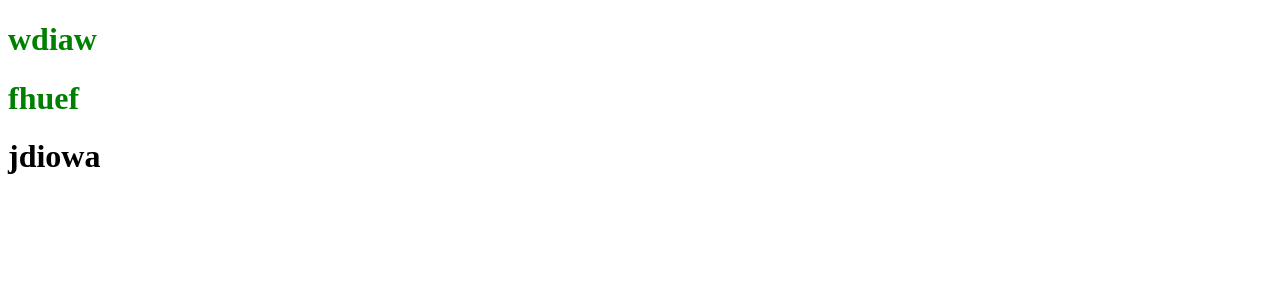
Repository: Blissqiu/Web
Page: 练习/index.html
The author's editor kept a copy of each file at every save. The page is drawn from the files as they stood at one save, then again after the next save.
The browser window is 1280 px wide. The pictures show the whole page.

Above is the page before, as saved 2023-08-22 10:57:40.

### 练习/index.html
<!DOCTYPE html>
<html lang="en">
    <head>
        <meta charset="UTF-8">
        <meta name="viewport" content="width=device-width, initial-scale=1.0">
        <title>Document</title>
        <style>
        *{
            font-family: "Pingfang SC";
        }
        .rule1  {
            color: green;
        }
        h1 .rule1 .rule2  {
            color: red;
        }
        /* h1,h2{
            font-size: 20px;
        } */
        </style>

    </head>
<body>
    <h1 class="rule1 rule2">wdiaw</h1>
    <h1 class="rule1">fhuef</h1>
    <h1>jdiowa</h1>
</body>
</html>

After the next save:
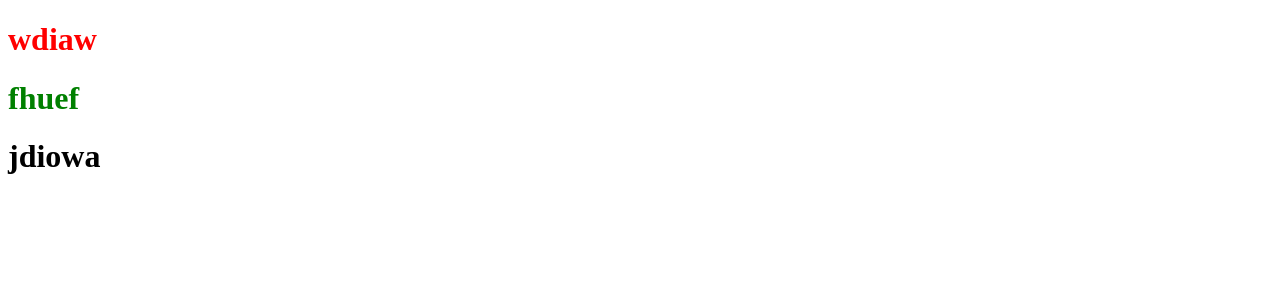
Saved 56 s later.
--- a/练习/index.html
+++ b/练习/index.html
@@ -11,7 +11,7 @@
         .rule1  {
             color: green;
         }
-        h1 .rule1 .rule2  {
+        h1.rule1.rule2  {
             color: red;
         }
         /* h1,h2{
